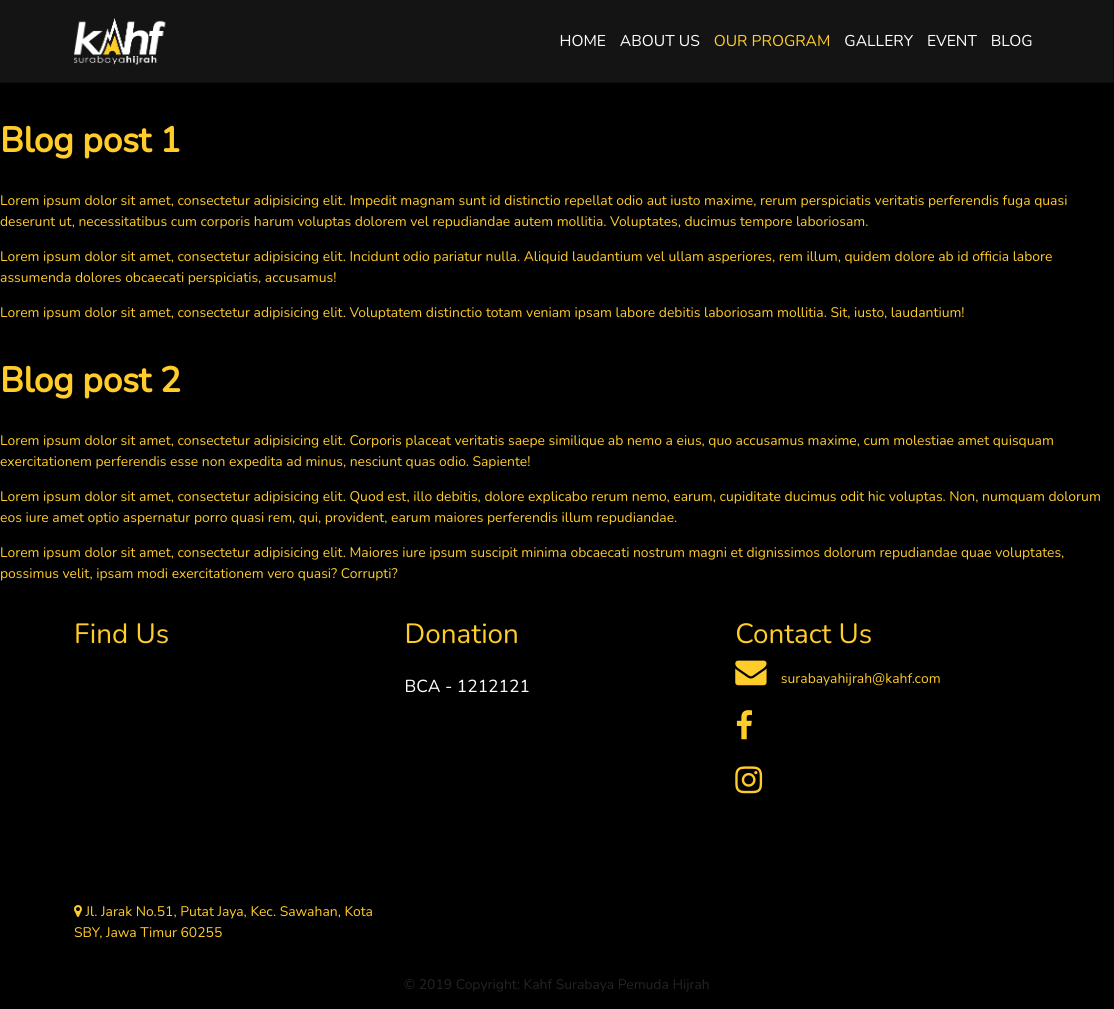
Repository: shandytp/surabaya-hijrah
Page: http://localhost/ourprogram.php
These files come from the project's save history. The page is drawn as it stood at one moment and after the next save; the edit follows.
The browser window is 1280 px wide. The pictures show the whole page, at 87% of full size.
Pictures or frames that could not be fetched are drawn as grey boxes. Some web libraries are served in a nearby version. The page is run by PHP 8.4 with error messages shown; the project is at /var/www/html/.

Above is the page before, as saved 2019-08-22 15:26:04.
Console error: TypeError: Cannot read properties of undefined (reading 'fn')

After the next save:
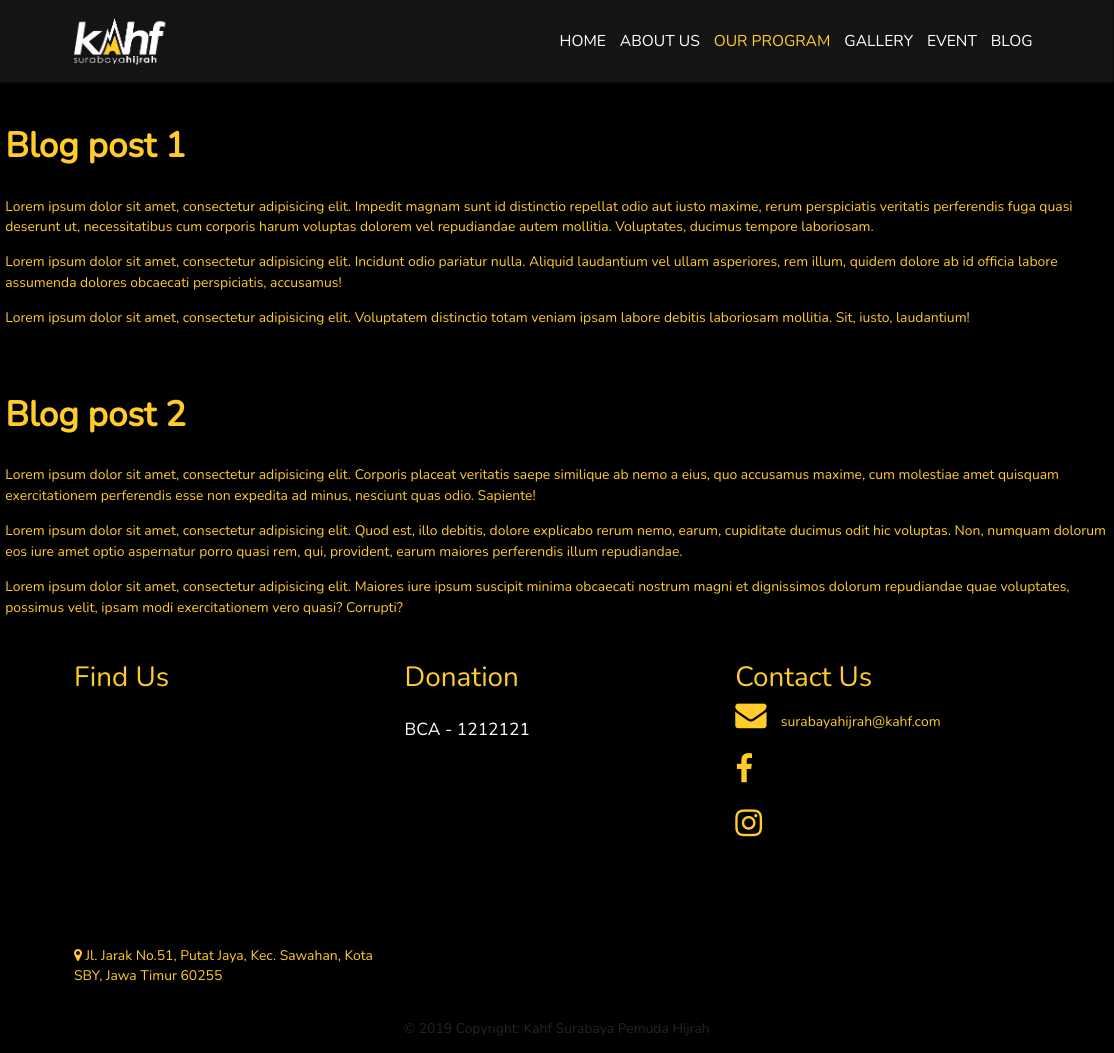
Saved 14 s later.
--- a/css/main.css
+++ b/css/main.css
@@ -21,17 +21,10 @@
 }
 
 /*OUR PROGRAM...................................*/
-#sidebar {
-  -webkit-box-sizing: border-box;
-  -moz-box-sizing: border-box;
-  box-sizing: border-box;
-  width: 30%;
-  float: right;
-  padding-left: 1em;
-}
-.content {
-  width: 70%;
-  float: left;
+.blog-post {
+  border: 1px solid black;
+  margin-bottom: 5px;
+  padding: 5px;
 }
 /*VISI MISI.....................................*/
 .visi {
